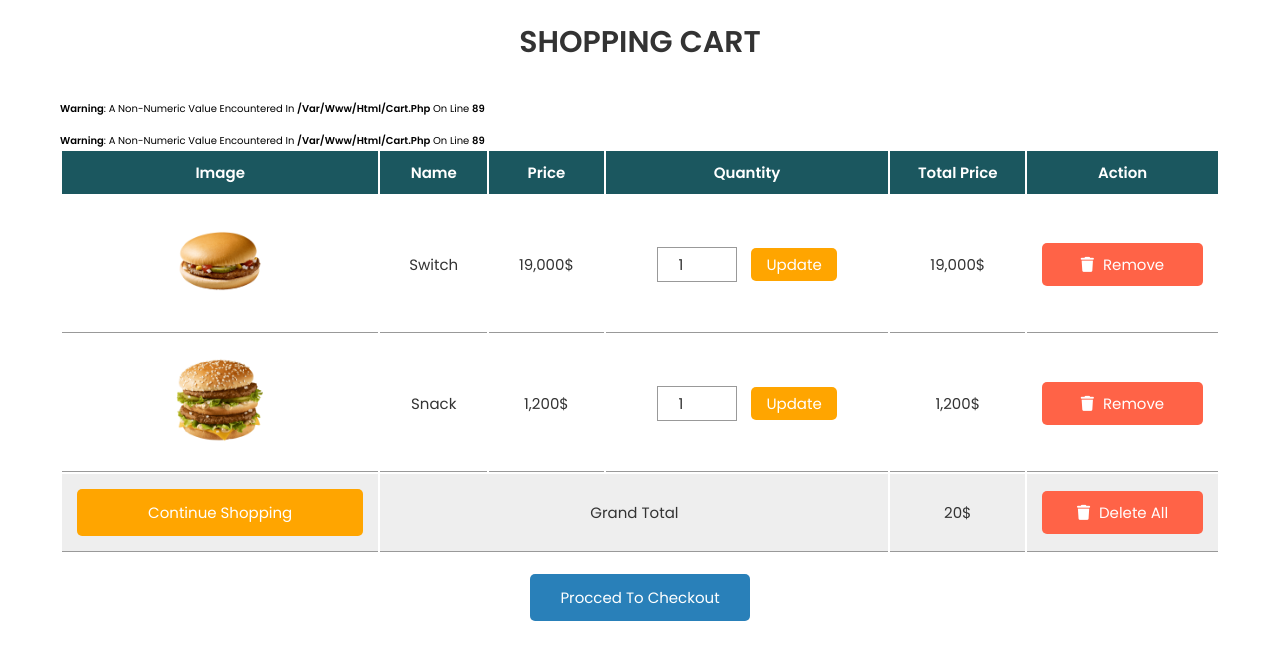
Repository: yennobita/FPT-PHP1
Page: http://localhost/cart.php
The author's editor kept a copy of each file at every save. The page is drawn from the files as they stood at one save, then again after the next save.
The browser window is 1280 px wide. The pictures show the whole page.
The page is run by PHP 8.4 with error messages shown; the project is at /var/www/html/. The database holds what the project's SQL file puts in it.

Above is the page before, as saved 2022-08-06 22:26:20.
Console error: TypeError: Cannot set properties of null (setting 'onclick')

After the next save:
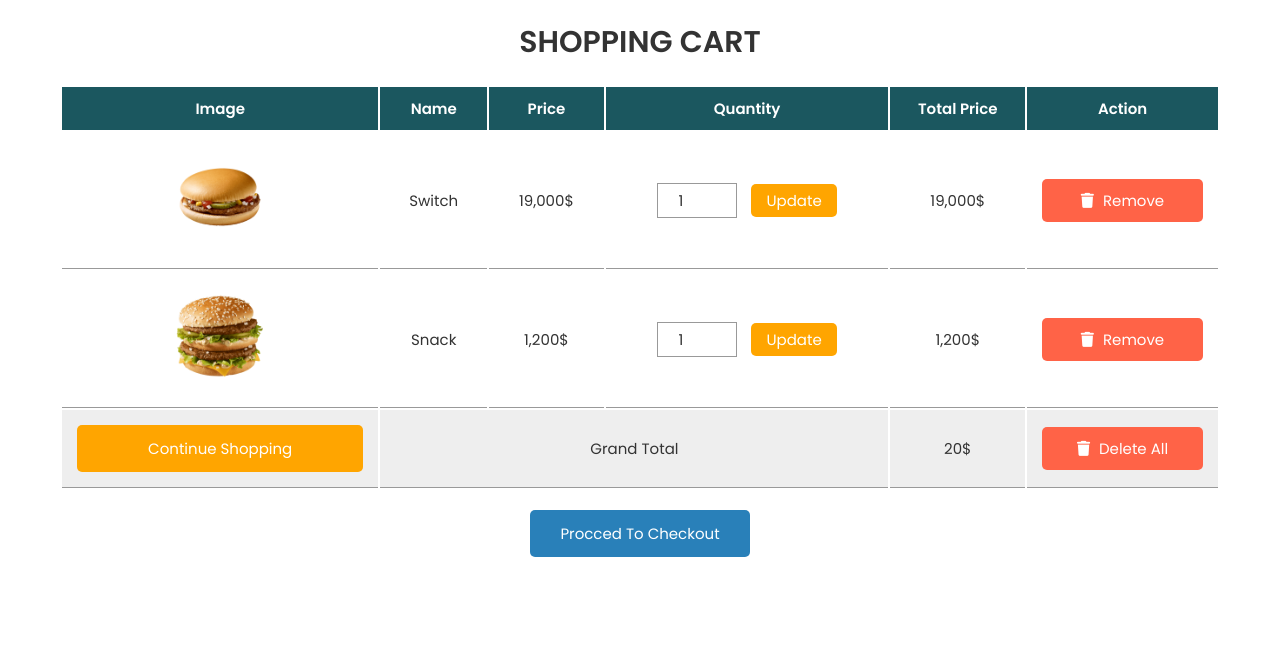
Saved 3 min 18 s later.
--- a/ASM_PHP1/cart.php
+++ b/ASM_PHP1/cart.php
@@ -86,7 +86,7 @@ if(isset($_GET['delete_all'])){
             <td><a href="cart.php?remove=<?php echo $fetch_cart['id']; ?>" onclick="return confirm('remove item from cart?')" class="delete-btn"> <i class="fas fa-trash"></i> remove</a></td>
          </tr>
          <?php
-           $grand_total += $sub_total;
+           $grand_total += (int) $sub_total;
             };
          };
          ?>
